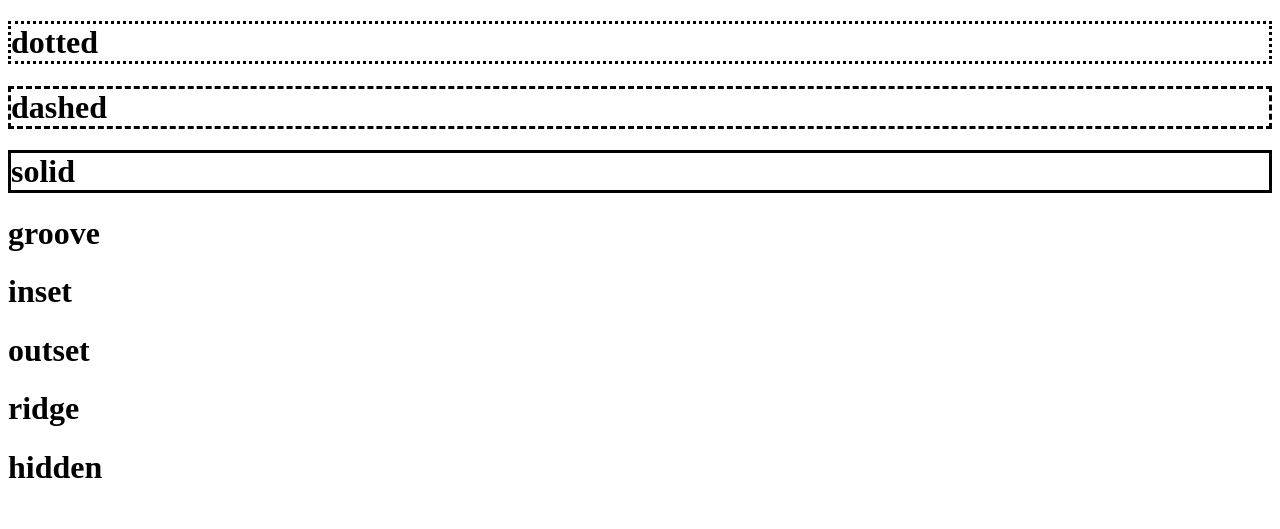
Repository: KimHeonSeung/TJE_HTML
Page: sources/day_04/WebContent/border_style.html
These files come from the project's save history. The page is drawn as it stood at one moment and after the next save; the edit follows.
The browser window is 1280 px wide. The pictures show the whole page.

Above is the page before, as saved 2019-05-15 01:19:41.

After the next save:
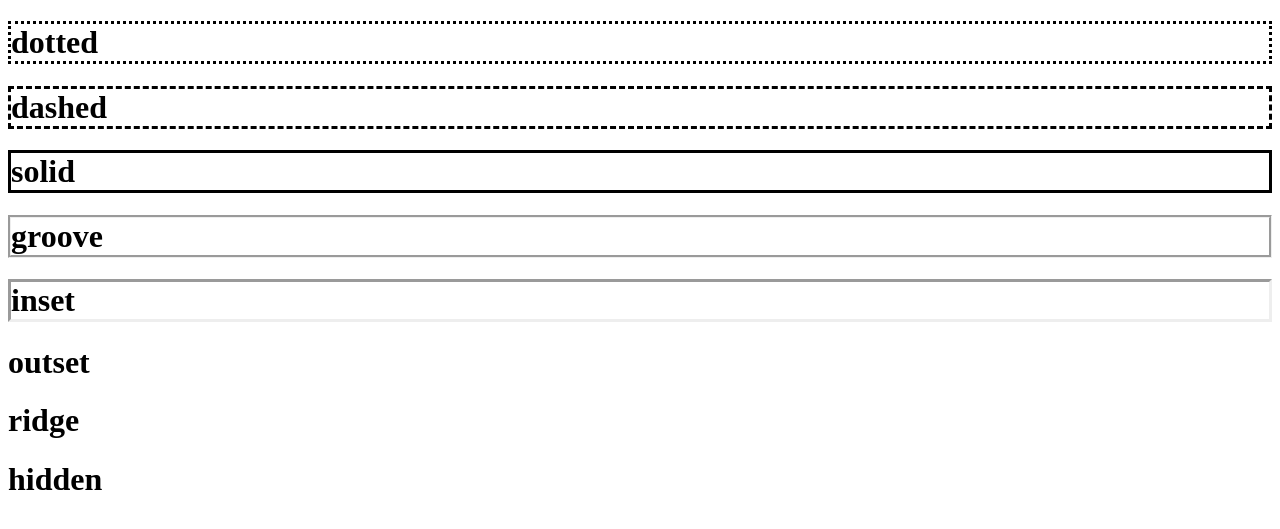
Saved 23 s later.
--- a/sources/day_04/WebContent/border_style.html
+++ b/sources/day_04/WebContent/border_style.html
@@ -16,6 +16,14 @@
 	border-style: solid;
 }
 
+#groove {
+	border-style: groove;
+}
+
+#inset {
+	border-style: inset;
+}
+
 </style>
 
 </head>
